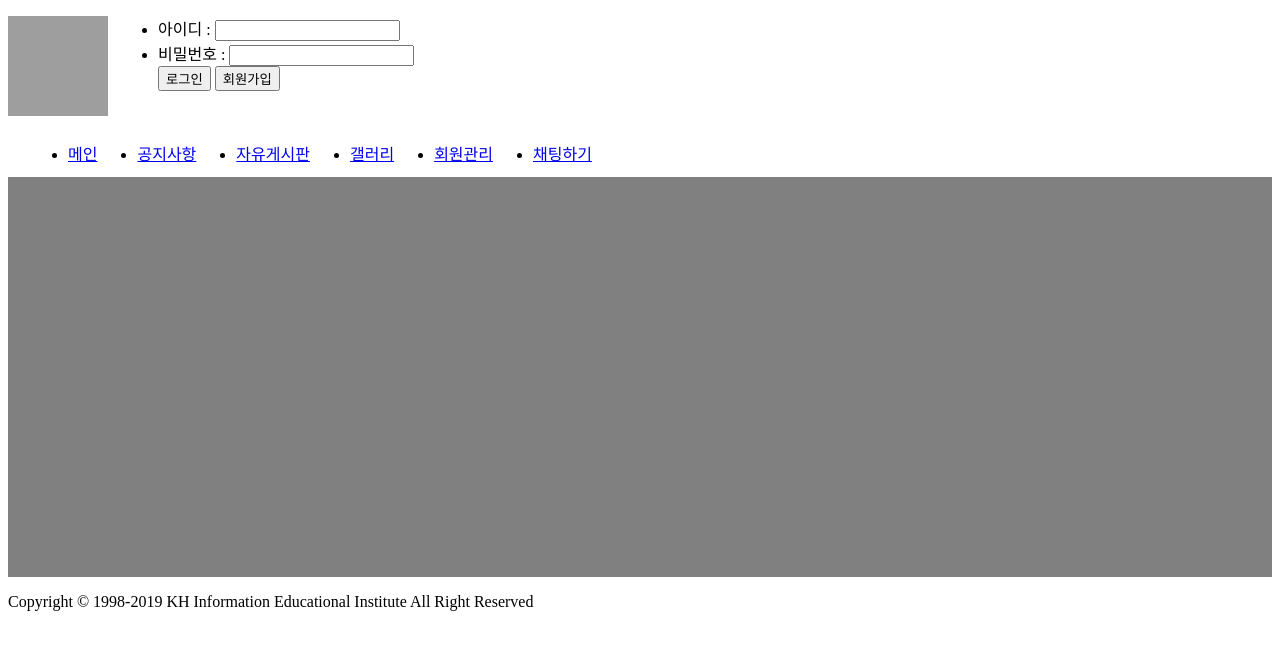
Repository: giwon8701/Qclass_KH
Page: Workspace_Java/testWebProject/WebContent/test2.html
An editor plug-in stored every save of this project. The page is shown before and after the next save, followed by the edit.
The browser window is 1280 px wide. The pictures show the whole page.
Pictures or frames that could not be fetched are drawn as grey boxes.

Above is the page before, as saved 2021-01-11 03:11:17.

After the next save:
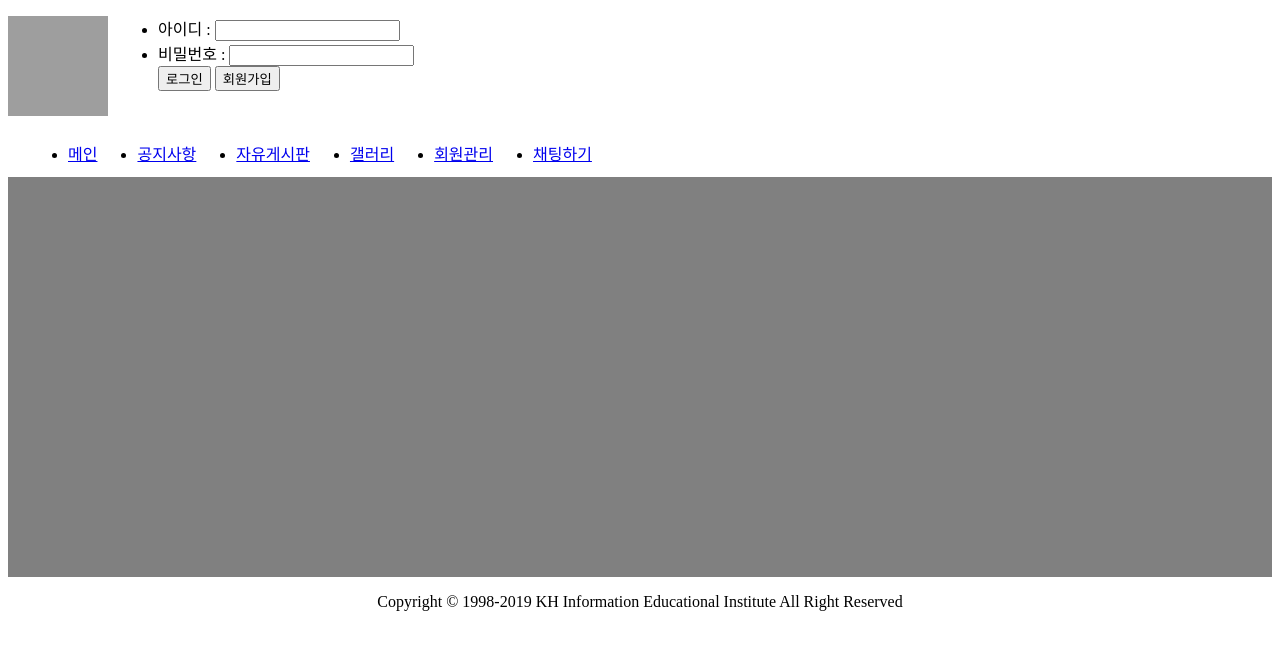
Saved 10 s later.
--- a/Workspace_Java/testWebProject/WebContent/test2.html
+++ b/Workspace_Java/testWebProject/WebContent/test2.html
@@ -18,9 +18,6 @@ float:left;
 width: 100%;
 height: 400px;
 background: gray;
-}
-.footer {
-
 }
 </style>
 </head>
@@ -63,7 +60,7 @@ background: gray;
 	</section>
 
 	<footer >
-		<p class="footer">Copyright © 1998-2019 KH Information Educational Institute All Right Reserved</p>
+		<p class="footer" style="text-align:center;">Copyright © 1998-2019 KH Information Educational Institute All Right Reserved</p>
 	</footer>
 </body>
 </html>
